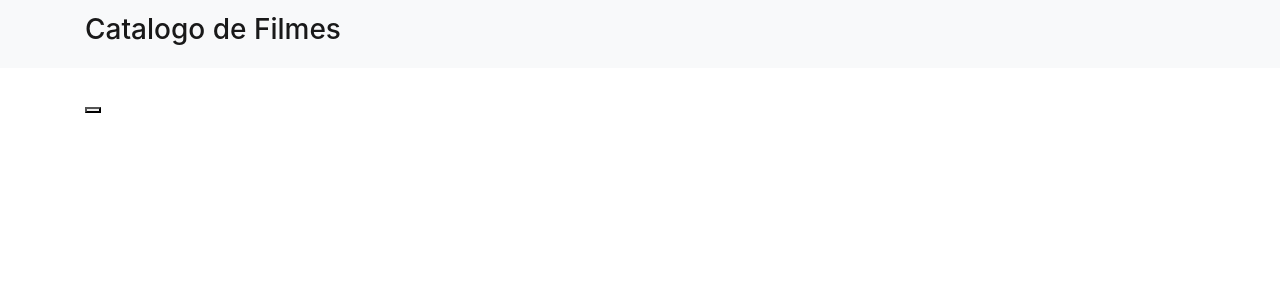
Repository: FredeRibeiro/htdocs-Desenvolvimento-Web-Completo-2019
Page: ajax/filmes.html
The author's editor kept a copy of each file at every save. The page is drawn from the files as they stood at one save, then again after the next save.
The browser window is 1280 px wide. The pictures show the whole page.

Above is the page before, as saved 2019-10-16 12:08:14.

### ajax/filmes.html
<!DOCTYPE html>
<html lang="en">
<head>
	<meta charset="UTF-8">
	<meta name="viewport" content="width=device-width, initial-scale=1.0">
	<meta http-equiv="X-UA-Compatible" content="ie=edge">

	<link rel="stylesheet" href="https://stackpath.bootstrapcdn.com/bootstrap/4.1.3/css/bootstrap.min.css"
		integrity="sha384-MCw98/SFnGE8fJT3GXwEOngsV7Zt27NXFoaoApmYm81iuXoPkFOJwJ8ERdknLPMO" crossorigin="anonymous">

		<script>
			function getFilmes() {
				let xmlHttp = new XMLHttpRequest();

				xmlHttp.open('GET', 'http://http://localhost/ajax/filmes.xml');

				xmlHttp.onreadystatechange = () => {
					if (xmlHttp.readyState == 4 && xmlHttp.status == 200) {
						let XMLFilmes = xmlHttp.responseText
						console.log(XMLFilmes);

					}

					if (xmlHttp.readyState == 4 && xmlHttp.status == 404) {
						//..
					}
				}

				xmlHttp.send();


			}
		</script>


	<title>Catalogo de Filmes</title>


</head>
<body>
	<nav class="navbar navbar-light bg-light mb-4">
		<div class="container">
			<div class="navbar-brand mb-0 h1">
				<h3>Catalogo de Filmes</h3>
			</div>
		</div>
	</nav>

	<div class="container">
		<div class="row">
			<div class="col">
				<button type="button" onclick="getFilmes()"></button>
			</div>
		</div>
	</div>
</body>
</html>

After the next save:
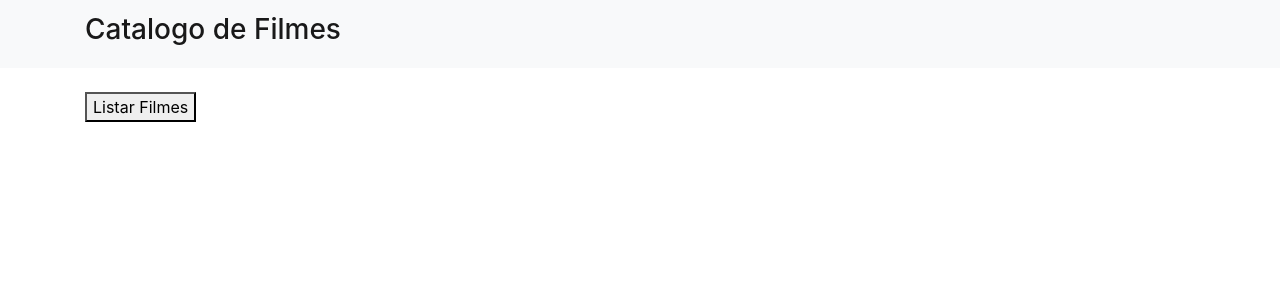
Saved 10 s later.
--- a/ajax/filmes.html
+++ b/ajax/filmes.html
@@ -49,7 +49,7 @@
 	<div class="container">
 		<div class="row">
 			<div class="col">
-				<button type="button" onclick="getFilmes()"></button>
+				<button type="button" onclick="getFilmes()">Listar Filmes</button>
 			</div>
 		</div>
 	</div>
